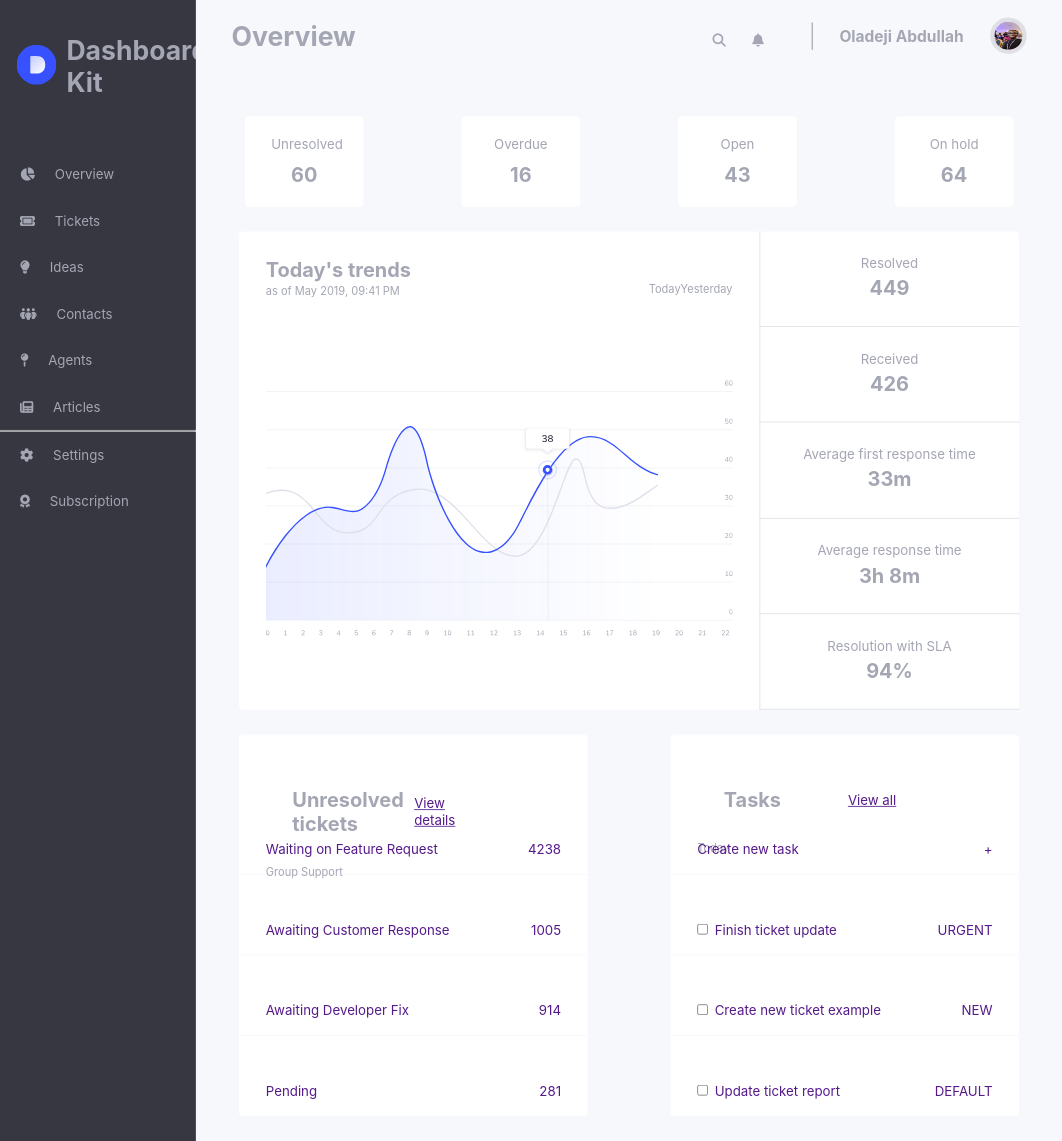
Repository: BuduCE/dashboard
Page: /
These files come from the project's save history. The page is drawn as it stood at one moment and after the next save; the edit follows.
The browser window is 1280 px wide. The pictures show the whole page, at 83% of full size.
Some web libraries are served in a nearby version. The project was rebuilt for these pictures with package versions that can differ from the ones it lists, and the page was loaded fresh each time. Also part of the build but not shown: src/pages/Tickets/index.jsx.

Above is the page before, as saved 2022-08-05 23:51:58.

### public/index.html
<!DOCTYPE html>
<html lang="en">
  <head>
    <meta charset="utf-8" />
    <link rel="icon" href="%PUBLIC_URL%/favicon.ico" />
    <meta name="viewport" content="width=device-width, initial-scale=1" />
    <meta name="theme-color" content="#000000" />
    <meta
      name="description"
      content="Web site created using create-react-app"
    />
    <link rel="apple-touch-icon" href="%PUBLIC_URL%/logo192.png" />
    <!--
      manifest.json provides metadata used when your web app is installed on a
      user's mobile device or desktop. See https://developers.google.com/web/fundamentals/web-app-manifest/
    -->
    <link rel="manifest" href="%PUBLIC_URL%/manifest.json" />
    <!--
      Notice the use of %PUBLIC_URL% in the tags above.
      It will be replaced with the URL of the `public` folder during the build.
      Only files inside the `public` folder can be referenced from the HTML.

      Unlike "/favicon.ico" or "favicon.ico", "%PUBLIC_URL%/favicon.ico" will
      work correctly both with client-side routing and a non-root public URL.
      Learn how to configure a non-root public URL by running `npm run build`.
    -->

    <!-- Font-Awesome  -->
    <link
      rel="stylesheet" href="https://cdnjs.cloudflare.com/ajax/libs/font-awesome/6.1.1/css/all.min.css" integrity="sha512-KfkfwYDsLkIlwQp6LFnl8zNdLGxu9YAA1QvwINks4PhcElQSvqcyVLLD9aMhXd13uQjoXtEKNosOWaZqXgel0g==" crossorigin="anonymous" referrerpolicy="no-referrer"
    />
    <title>Admin Dashboard</title>
  </head>
  <body>
    <noscript>You need to enable JavaScript to run this app.</noscript>
    <div id="root"></div>
    <!--
      This HTML file is a template.
      If you open it directly in the browser, you will see an empty page.

      You can add webfonts, meta tags, or analytics to this file.
      The build step will place the bundled scripts into the <body> tag.

      To begin the development, run `npm start` or `yarn start`.
      To create a production bundle, use `npm run build` or `yarn build`.
    -->
  </body>
</html>

### src/index.css
* {
  margin: 0;
  padding: 0;
  box-sizing: border-box;
}
body {
  margin: 0;
  font-family: -apple-system, BlinkMacSystemFont, 'Segoe UI', 'Roboto', 'Oxygen',
    'Ubuntu', 'Cantarell', 'Fira Sans', 'Droid Sans', 'Helvetica Neue',
    sans-serif;
  -webkit-font-smoothing: antialiased;
  -moz-osx-font-smoothing: grayscale;
  background: rgba(54, 55, 64, 1);
}

code {
  font-family: source-code-pro, Menlo, Monaco, Consolas, 'Courier New',
    monospace;
}

### src/App.js
import './App.css';
// import Overview from './pages/Overview';
// import Header from './components/common/Header';
import Sidenav from './components/common/SideNav';
// import Login from './pages/Login';

function App() {
  return (
    <div className="App">
      <Sidenav />
      {/* <Login /> */}
    </div>
  );
}

export default App;

### src/components/common/SideNav/index.jsx
import React from 'react'
import Overview from '../../../pages/Overview'
import Tickets from '../../../pages/Tickets'
import Header from '../Header'
import Logo from '../Logo'
import './styles.css'

const Sidenav = () => {
  return (
    <div className='dashboard'>
        <div className="navbar">
            <div className="logo">
                <Logo />
                <h1>Dashboard Kit</h1>
            </div>
            <div className="heading">
                <i className='fas fa-chart-pie'></i>
                <p>Overview</p>
            </div>
            <div className="heading">
                <i className='fas fa-ticket'></i>
                <p>Tickets</p>
            </div>
            <div className="heading">
                <i className='fas fa-lightbulb'></i>
                <p>Ideas</p>
            </div>
            <div className="heading">
                <i className='fas fa-people-group'></i>
                <p>Contacts</p>
            </div>
            <div className="heading">
                <i className='fas fa-map-pin'></i>
                <p>Agents</p>
            </div>
            <div className="heading">
                <i className='fas fa-newspaper'></i>
                <p>Articles</p>
            </div>
            <hr />
            <div className="heading">
                <i className='fas fa-gear'></i>
                <p>Settings</p>
            </div>
            <div className="heading">
                <i className='fas fa-award'></i>
                <p>Subscription</p>
            </div>

        </div>
        <div className="info">
            {/* <Header /> */}
            <Overview />
            {/* <Tickets /> */}
        </div>
    </div>
  )
}

export default Sidenav

### src/pages/Overview/index.jsx
import React from 'react'
import './styles.css'
import TrendMap from './graph.svg'
import Header from '../../components/common/Header'

const Overview = () => {
  return (
    <>
        <Header />
        <div className='overview_pg'>
            {/* Specific status */}
            <div className="overview_stat">
                <div className="overview_info">
                    <p>Unresolved</p>
                    <h2>60</h2>
                </div>
                <div className="overview_info">
                    <p>Overdue</p>
                    <h2>16</h2>
                </div>
                <div className="overview_info">
                    <p>Open</p>
                    <h2>43</h2>
                </div>
                <div className="overview_info">
                    <p>On hold</p>
                    <h2>64</h2>
                </div>
            </div>

            {/* Today's trend */}
            <div className="trends">
                <div className="trends_head">
                    <div className="trends_headT">
                        <div className="trend_title">
                            <h2>Today's trends</h2>
                        </div>
                        <div className="trend_title_stat">
                            <div className="trend_date">
                                <small>as of May 2019, 09:41 PM</small>
                            </div>
                            <div className="trend_day">
                                <small>Today</small>
                                <small>Yesterday</small>
                            </div>
                        </div>
                    </div>

                    <div className="trends_headB">
                        <img src={TrendMap} alt="Trend Chart" />
                    </div>
                </div>

                <div className="trends_summary">
                    <div className="summary_type">
                        <p>Resolved</p>
                        <h2>449</h2>
                    </div>
                    <div className="summary_type">
                        <p>Received</p>
                        <h2>426</h2>
                    </div>
                    <div className="summary_type">
                        <p>Average first response time</p>
                        <h2>33m</h2>
                    </div>
                    <div className="summary_type">
                        <p>Average response time</p>
                        <h2>3h 8m</h2>
                    </div>
                    <div className="summary_type">
                        <p>Resolution with SLA</p>
                        <h2>94%</h2>
                    </div>
                </div>
            </div>

            <div className="ticket_n_task">
                <div className="ticket">
                    <div className="ticket_head">
                        <div className="ticket_title">
                            <h2>Unresolved tickets</h2>
                            <a href="">View details</a>
                        </div>
                        <small>Group Support</small>
                    </div>
                    <div className="ticket_list">
                        <a href="">
                            <p>Waiting on Feature Request</p>
                            <p>4238</p>
                        </a>
                        <a href="">
                            <p>Awaiting Customer Response</p>
                            <p>1005</p>
                        </a>
                        <a href="">
                            <p>Awaiting Developer Fix</p>
                            <p>914</p>
                        </a>
                        <a href="">
                            <p>Pending</p>
                            <p>281</p>
                        </a>
                    </div>
                </div>

                <div className="task">
                    <div className="ticket_head">
                        <div className="ticket_title">
                            <h2>Tasks</h2>
                            <a href="">View all</a>
                        </div>
                        <small>Today</small>
                    </div>

                    <div className="ticket_list">
                        <a href="">
                            <p>Create new task</p>
                            <p>+</p>
                        </a>
                        <a href="">
                            <div className='task_todo'>
                                <input type="checkbox" name="" id="" />
                                <label htmlFor="">Finish ticket update</label>
                            </div>

                            <p>URGENT</p>
                        </a>
                        <a href="">
                            <div className='task_todo'>
                                <input type="checkbox" name="" id="" />
                                <label htmlFor="">Create new ticket example</label>
                            </div>

                            <p>NEW</p>
                        </a>
                        <a href="">
                            <div className='task_todo'>
                                <input type="checkbox" name="" id="check" />
                                <label htmlFor="">Update ticket report</label>
                            </div>

                            <p>DEFAULT</p>
                        </a>
                    </div>
                </div>
            </div>
        </div>
    </>
  )
}

export default Overview

### src/components/common/Header/index.jsx
import React from 'react'
import './styles.css'
import budu from './budu.jpg'

const Header = () => {
  return (
    <div className='head_er'>
        <div className="headerL">
            <h1>Overview</h1>
        </div>
        <div className="headerR">
            <i className='fas fa-magnifying-glass icon'></i>
            <i className='fas fa-bell icon bell'></i>
            <h3>Oladeji Abdullah</h3>
            <img src={budu} alt="" />
        </div>
    </div>
  )
}

export default Header

### src/components/common/Logo/index.jsx
import React from 'react'
import companyLogo from './logo.svg'

const Logo = () => {
  return (
    <div>
        <img src={companyLogo} alt="" />
    </div>
  )
}

export default Logo

### src/components/common/SideNav/styles.css
.dashboard{
    display: grid;
    grid-template-columns: 1fr 5fr;
    color: #A4A6B3;
}
.navbar{
    padding: 41px 0;
}
.logo{
    display: flex;
    padding: 20px 20px;
    padding-bottom: 63px;
    padding-top: 0;
    align-items: center;
}
.logo h1{
    margin-left: 12px;
    width: 8.5rem;
}
.heading{
    width: 100%;
    display: flex;
    padding: 18px 24px;
    align-items: center;
}
.heading p{
    margin-left: 24px;
}
.heading:hover{
    border-left: 1px solid #fff;
    color: #fff;
}
.info{
    background: #F7F8FC;
    /* height: 100vh; */
}

### src/pages/Overview/styles.css
.overview_pg{
    margin-top: 54px;
}
.overview_stat{
    display: grid;
    grid-template-columns: 1fr 1fr 1fr 1fr;
    /* justify-content: space-evenly; */
    width: 100%;
}
.overview_info{
    display: flex;
    flex-direction: column;
    text-align: center;
    /* border: 1px solid; */
    border-radius: 5px;
    padding: 24px 32px;
    background: #fff;
    box-shadow: 15px;
    width: 55%;
    margin: auto;
}
.overview_info:hover{
    color: blue;
    border: 1px blue solid;
}
.overview_info p{
    padding-bottom: 12px;
}

/* trend  */
.trends{
    width: 90%;
    background: #fff;
    margin: auto;
    border-radius: 5px;
    height: 80vh;
    margin-top: 30px;
    display: grid;
    grid-template-columns: 2fr 1fr;
    margin-top: 30px;
}
.trends_head{
    padding: 32px;
}
.trend_title_stat{
    display: flex;
    justify-content: space-between;
}
.trend_day{
    display: flex;
    justify-content: space-evenly;
}
.trends_headB img{
    width: 100%;
    margin-top: 54px;
    height: 55vh;
}

/* summary  */
.trends_summary{
    display: grid;
    grid-template-rows: 1fr 1fr 1fr 1fr 1fr;
}
.summary_type{
    padding: 28px;
    border-left: 1px solid #dfe0e5;
    border-bottom: 1px solid #dfe0e5;
    text-align: center;
}
.summary_type p{
    margin-bottom: 6px;
}

/* Tickets */
.ticket_n_task{
    display: grid;
    grid-template-columns: 1fr 1fr;
    width: 90%;
    margin: auto;
    margin-top: 30px;
    margin-bottom: 30px;
}
.ticket{
    margin-right: 50px;
}
.task{
    margin-left: 50px;
}
.ticket,.task{
    border-radius: 5px;
    background: #fff;
}
.ticket_head{
    padding: 32px;
    margin-bottom: 8px;
    width: 80%;
    height: 10vh;
}
.ticket_title{
    display: flex;
    justify-content: space-between;
    align-items: center;
}
.ticket_list a{
    text-decoration: none;
    display: flex;
    justify-content: space-between;
    align-items: center;
    padding: 20px 32px;
    border-bottom: 1px solid #F7F8FC;
    margin-top: 36px;
    align-items: center;
}
.task_todo{
    align-items: center;
}
.task_todo label{
    margin-left: 8px;
}

### src/pages/Tickets/styles.css
.ticket_pg{
    background: #fff;
    border-radius: 5px;
    height: 96vh;
    width: 95%;
    margin: auto;
    margin-top: 54px;
}
.ticket_title{
    display: flex;
    justify-content: space-between;
    padding: 32px;
}
.titleR, .titleR_icon{
    display: flex;
    justify-content: space-between;
    align-items: center;
    margin-left: 32px;
}
.titleR_icon p{
    margin-left: 8px;
}
/* .tab_head{
    display: grid;
    grid-template-columns: 3fr 2fr 2fr 1fr;
    margin: auto;
    padding: 0 77px 12px 31px;
    border-bottom: 1px solid #dfe0e5;
} */
.tab_info{
    display: grid;
    grid-template-columns: 3fr 2fr 2fr 1fr;
    margin: auto;
    padding: 24px 31px;
    border-bottom: 1px solid #dfe0e5;
}
.tab_info:hover{
    background: #F7F8FC;
}
.info_title{
    display: grid;
    grid-template-columns: 1fr 7fr;
}
.info_title img{
    width: 44px;
    height: 44px;
    border: 5px solid #dfe0e5;
    border-radius: 50%;
}
.ticket_tab{
    margin: auto;
}
.info_status{
    display: flex;
    /* grid-template-columns: 1fr 1fr; */
    justify-content: space-between;
    align-items: center;
}
.info_status button{
    padding: 5px 20px;
    border-radius: 40%;
    background: red;
    color: #fff;
    border: none;
}

### src/components/common/Header/styles.css
.head_er{
    display: flex;
    justify-content: space-between;
    width: 100%;
    height: 10vh;
    padding: 43px 43px;
    align-items: center;
}
.headerR{
    display: flex;
    justify-content: space-between;
    align-items: center;
}
.icon{
    width: 16px;
    height: 16px;
    padding: 5px 24px;
}
.bell{
    padding-right: 72px;
}
.headerR h3{
    padding: 5px 32px;
    border-left: 1px solid grey;
}
.headerR img{
    width: 44px;
    height: 44px;
    border-radius: 50%;
    border: 5px solid #dfe0e5;
}

Loaded but not shown: src/index.js (common file); src/reportWebVitals.js (common file); src/App.css (common file)

After the next save:
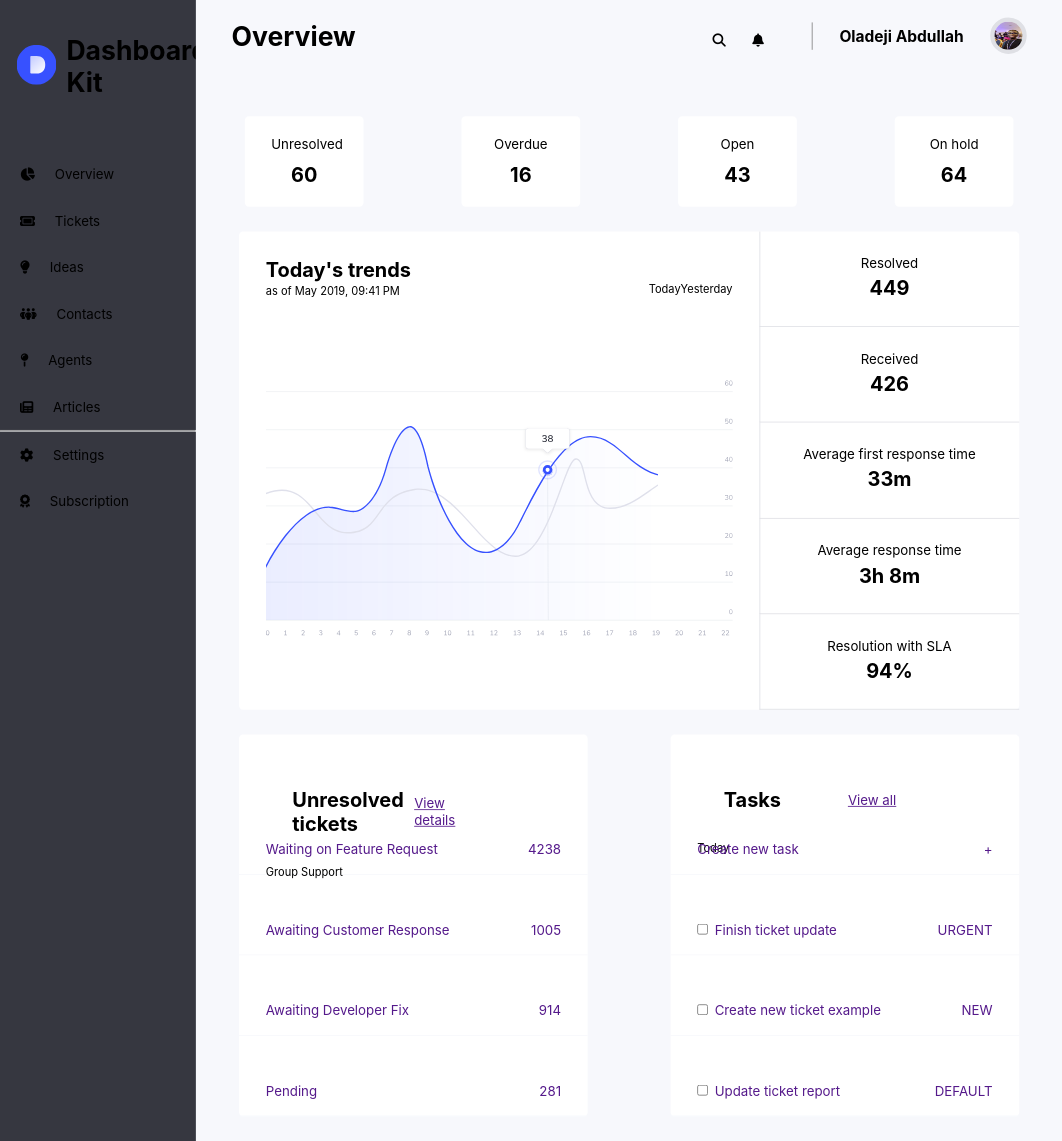
Saved 54 s later.
--- a/src/components/common/SideNav/styles.css
+++ b/src/components/common/SideNav/styles.css
@@ -1,7 +1,6 @@
 .dashboard{
     display: grid;
     grid-template-columns: 1fr 5fr;
-    color: #A4A6B3;
 }
 .navbar{
     padding: 41px 0;
